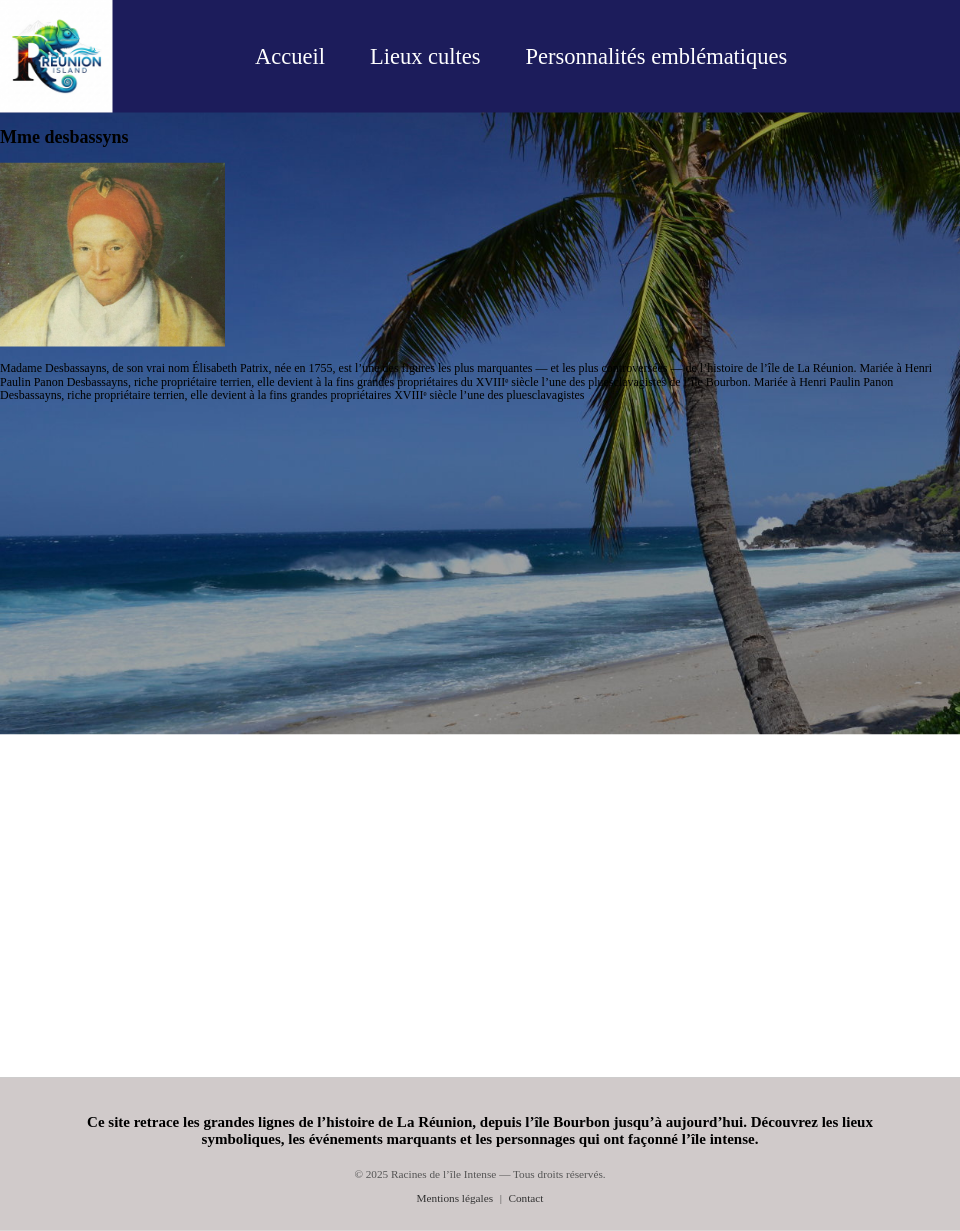
Repository: racinesintense974/Racines-de-lile-intense
Page: desbassayns.html
These files come from the project's save history. The page is drawn as it stood at one moment and after the next save; the edit follows.
The browser window is 1280 px wide. The pictures show the whole page, at 75% of full size.

Above is the page before, as saved 2026-02-19 16:37:37.

### desbassayns.html
<!DOCTYPE html>
<html lang="fr">
<head>
    <meta charset="UTF-8">
    <title>Mme desbassyns</title>
    <link rel="stylesheet" href="css/meow.css">
</head>
<body>

<body>
    <section class="top-page">
        <header class="header">
            <img src="image/logo22.png" alt="logo du site">
        <nav class="nav">
    <ul class="menu">
        <li><a href="index.html">Accueil</a></li>

        <li class="dropdown">
            <a href="#">Lieux cultes</a>
            <ul class="submenu">
                <li><a href="mafate.html">Mafate</a></li>
                <li><a href="cilaos.html">Cilaos</a></li>
                <li><a href="volcans.html">Les volcans</a></li>
            </ul>
        </li>

        <li class="dropdown">
        <a href="#">Personnalités emblématiques</a>
            <ul class="submenu">
                <li><a href="olivier-levasseur.html">Olivier Levasseur</a></li>
                <li><a href="Desbassayns.html">Madame Desbassayns</a></li>
                <li><a href="Garros.html">Rolland Garros</a></li>
            </ul>
        </li>

    </ul>
    </nav>
</header>

<main>
    <h1>Mme desbassyns</h1>
    <img src="image/desbassyns.png" width="300">
        <p>
        Madame Desbassayns, de son vrai nom Élisabeth Patrix, née en 1755, est l’une des figures

        les plus marquantes — et les plus controversées — de l’histoire de l’île de La Réunion.

        Mariée à Henri Paulin Panon Desbassayns, riche propriétaire terrien, elle devient à la fins grandes propriétaires

        du XVIIIᵉ siècle l’une des pluesclavagistes de l’île Bourbon.

       Mariée à Henri Paulin Panon Desbassayns, riche propriétaire terrien, elle devient à la fins grandes propriétaires

       XVIIIᵉ siècle l’une des pluesclavagistes
        </p>
    </div>
</main>
<footer class="footer">
    <h1 class="big-title2">Ce site retrace les grandes lignes de l’histoire de La Réunion, depuis l’île Bourbon jusqu’à aujourd’hui. Découvrez les lieux symboliques, les événements marquants et les personnages qui ont façonné l’île intense.</h1>
  <p>&copy; 2025 Racines de l’île Intense — Tous droits réservés.</p>
  <p><a href="mentions-legales.html">Mentions légales</a> | <a href="contact.html">Contact</a></p>
</footer>

    </section>
</body>
</html>

### css/meow.css

*

body {
    margin: 0 auto;

}

header.header {
    display: flex;
    align-items: center;
    background-color: rgb(28, 28, 91);                    /* Entête */
    margin: 0;

}

header.header img {
    width: 150px;
}






section.top-page {
    background: url('../image/sudreunion_grandeanse.jpg');
    background-size: cover;
    height: 136vh;
    padding: 0px;
}
/* page de bienvenue (landing page) */
.big-title {
    color: rgb(255, 255, 255);
    font-size: 27px;
    padding: 55px 360px;
    background-color: rgba(0, 0, 0, 0.323);
    margin-top: 0;



}
html, body {
  height: 100%;           /* Nécessaire pour que le conteneur remplisse l'écran */
  margin: 0;
  padding: 0;
}

.conteneur-central {
  display: flex;
  justify-content: center;      /* centre horizontalement */
  align-items: center;          /* centre verticalement */
  height: 70vh;                /* 100% de la hauteur de l'écran */
}

/* La galerie contient les images */
.galerie-images {
  display: flex;
  gap: 20px;
  flex-wrap: wrap;
  justify-content: center;
}

.galerie-images img {
  width: 390px;
  height: auto;
  border-radius: 50px;
  box-shadow: 0 4px 10px rgba(0, 0, 0, 0.1);
  transition: transform 0.3s ease;
}

.galerie-images img:hover {
  transform: scale(1.05);
}

.big-title2 {
    color: black;
    font-size: 20px;
    padding: 10px 50px;
}

.footer {
    width: 100%;
  background-color: #d0caca;
  padding: 20px;
  text-align: center;
  font-size: 15px;
  color: #555;
  border-top: 1px solid #ccc;
  margin-top: 900px;
   box-sizing: border-box;

}

.footer a {
  color: #333;
  text-decoration: none;
  margin: 0 5px;
}

.footer a:hover {
  text-decoration: underline;
}


/* menu de navigation */

nav.nav {
    display: flex;
    justify-content: space-between;
    list-style: none;
    width: 970px;
    margin-left: 180px;
font-size: 30px;
}


nav.nav li {
    color: white;
}



/* ===== MENU DEROULANT LIEUX-CULTES ===== */

nav.nav ul.menu {
    list-style: none;
    display: flex;
    gap: 40px;           /* espace entre les éléments */
    margin: 0;
    padding: 0;
}

nav.nav ul.menu > li {
    position: relative;
}

nav.nav ul.menu a {
    text-decoration: none;
    color: white;
    font-size: 30px;
    padding: 10px;
}

/* Sous-menu caché */
.submenu {
    list-style: none;
    padding: 0;
    margin: 0;
    position: absolute;
    background: rgb(12, 16, 70);
    border-radius: 5px;
    border: 1px solid black;
    display: none;
    min-width: 180px;
    z-index: 10;
}

/* Liens du sous-menu */
.submenu li a {
    color: black;
    padding: 10px;
    display: block;
    font-size: 20px;
}

/* Apparition au survol */
.dropdown:hover .submenu {
    display: block;
}

/* Effet hover */
.submenu li a:hover {
    background-color: #a01212;
}

After the next save:
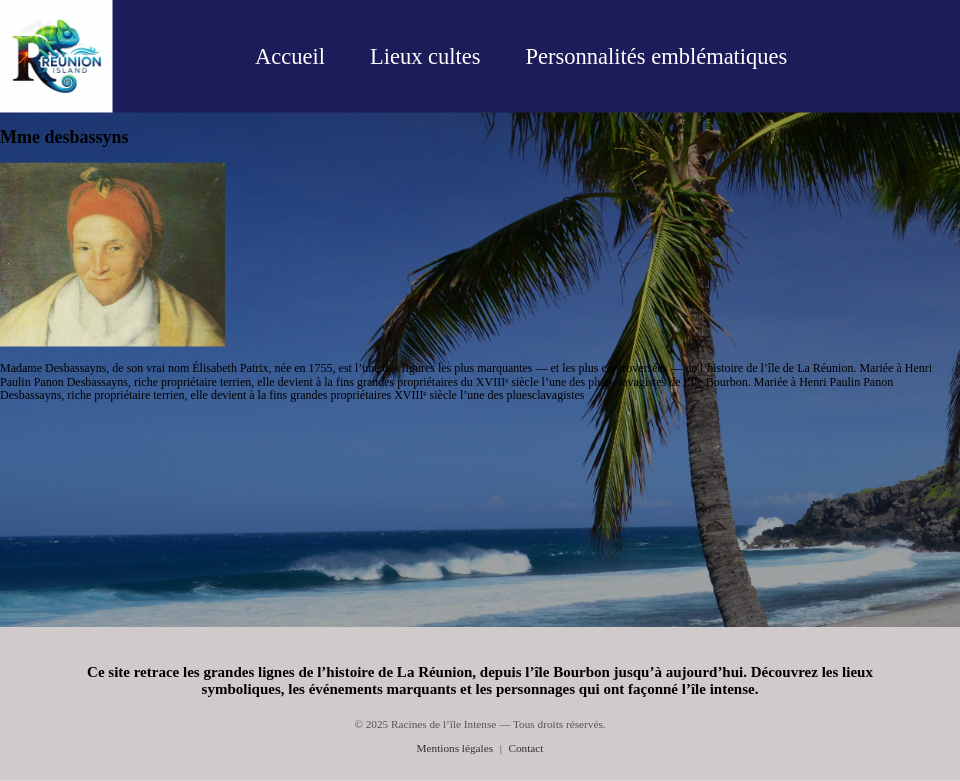
Saved 10 s later.
--- a/css/meow.css
+++ b/css/meow.css
@@ -87,7 +87,7 @@ html, body {
   font-size: 15px;
   color: #555;
   border-top: 1px solid #ccc;
-  margin-top: 900px;
+  margin-top: 300px;
    box-sizing: border-box;
 
 }
